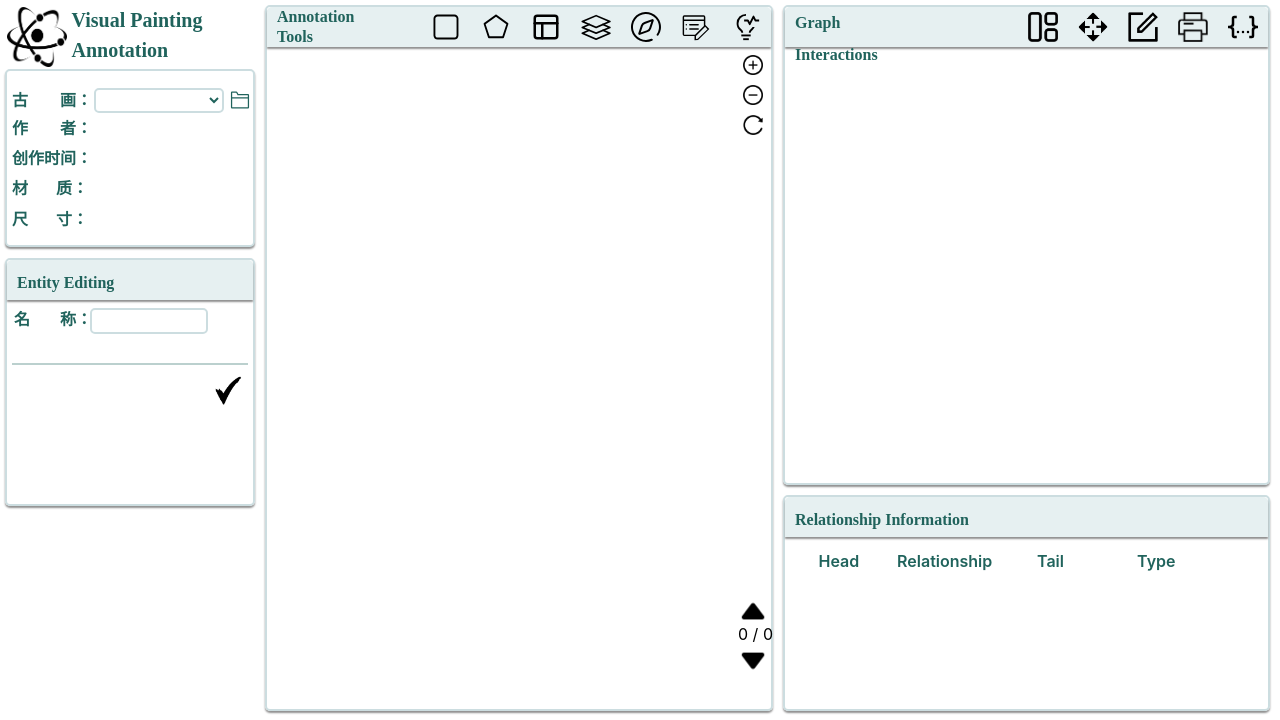
Repository: cailbh/ImageLabelTool
Page: /
An editor plug-in stored every save of this project. The page is shown before and after the next save, followed by the edit.
The browser window is 1280 px wide. The pictures show the whole page.
The project was rebuilt for these pictures with package versions that can differ from the ones it lists, and the page was loaded fresh each time.

Above is the page before, as saved 2022-11-01 13:50:22.

### src/index.tsx
import React from 'react';
import ReactDOM from 'react-dom/client';
import './index.css';
import UI from './View';

const root = ReactDOM.createRoot(
  document.getElementById('root') as HTMLElement
);
root.render(
  <React.StrictMode>
    <UI />
  </React.StrictMode>
);

### src/index.css
* {
  margin: 0;
  font-family: -apple-system, BlinkMacSystemFont, 'Segoe UI', 'Roboto', 'Oxygen',
    'Ubuntu', 'Cantarell', 'Fira Sans', 'Droid Sans', 'Helvetica Neue',
    sans-serif;
  -webkit-font-smoothing: antialiased;
  -moz-osx-font-smoothing: grayscale;
  padding: 0;
  user-select: none;
}

code {
  font-family: source-code-pro, Menlo, Monaco, Consolas, 'Courier New',
    monospace;
}

html, body, #root {
  width: 100%;
  height: 100%;
  /* background: rgb(237,241,241); */
  background: rgb(255,255,255);
}

#root {
  /* display: flex; */
  /* flex-direction: row; */

}

### src/View/index.tsx
/**
 * 该组件负责图像视图与网络图视图的通信：
 *
 */

import React from "react";
// import ImageView from "./ImageView";
import GraphView from "./GraphView";
import LabelView from "./LabelView";
import { Entity, EntityArray, Relationship, RelationshipArray } from '../lib/interface'
import { EntityArrayContextProvider, useEntityArray, useEntityArrayUpdate } from "../lib/context";
import { RelationshipArrayContextProvider, useRelationshipArray, useRelationshipArrayUpdate } from "../lib/context";
import { InfoContextProvider, useInfo, useInfoUpdate } from "../lib/context";
import { MemoArrayContextProvider, useMemoArray, useMemoArrayUpdate } from "../lib/context";


export default function UI() {
    return (
        <React.StrictMode>
            <InfoContextProvider>
                <RelationshipArrayContextProvider>
                    <EntityArrayContextProvider>
                        <MemoArrayContextProvider>
                            {/* <ImageView></ImageView> */}

                            <LabelView></LabelView>
                            {/* <GraphView></GraphView> */}
                        </MemoArrayContextProvider>
                    </ EntityArrayContextProvider >
                </RelationshipArrayContextProvider>
            </InfoContextProvider>
        </React.StrictMode>
    )
}

### src/View/LabelView.tsx
import React from "react";
import LabelDisplay from "../component/LabelDisplay/index";
import LabelTool from "../component/LabelTool/index";
import ViewCard from "./ViewCard";

export default function LabelView() {
    return (
        // <ViewCard
        //     top={(
        //         <LabelTool></LabelTool>
        //     )}
        //     body={(
        <LabelDisplay></LabelDisplay>
        //     )}
        // />
    )
}

### src/component/LabelDisplay/graph.css
#graph{
width: calc(100% - 6px);
height: calc(100% - 66px);
overflow: 'auto';
background: #fff;
box-sizing: border-box;
border-radius: 15px;
display: inline-block;
margin: 3px;
text-align: left;
position: relative;
}
.graphRoot{
    background: rgba(237,241,241,0);
    position: relative;
    height: 100%;
    width: calc(40% - 10px);
    float: left;
}
.horizontal_graphRoot{
    background: rgba(237,241,241,0);
    position: relative;
    height: calc(45% - 10px);
    width: calc(100% - 260px);
    float: left;
}
.graphCantain{
    position: relative;
    height: calc(100% - 0px);
    float: left;
    width: calc(100% - 0px);
    background: rgba(237,241,241,0);
    /* padding: 10px; */
}
.graphHead{
    width: 100%;
    height: 40px;
    background: rgba(0,0,0,0);
    float: left;
    position: relative;
    z-index: 999999;
    border-top-left-radius: 5px;
    border-top-right-radius: 5px;
    background-color: rgba(230,240,241,1);
    filter: progid:DXImageTransform.Microsoft.Shadow(color=#909090,direction=120,strength=4);
    box-shadow: 0px 2px 2px #909090;
}

.graphLogo {
    float: left;
    width: 25%;
    height: 100%;
    margin-left: 10px;
    color: rgb(32,99,92);
    text-align: left;
    font-weight: 600;
    font-size: 16px;
    font-variant: tabular-nums;
    line-height: 200%;
    font-feature-settings: "tnum";
    font-family: SourceHanSerifCN-Heavy, SourceHanSerifCN;
}
.graphAssistFeatures{
    float: right;
    height: 100%;
    width: 30%;
}
.toolBut {
    height: 100%;
    text-align: center;
    /* padding: 4px; */
    width: 50px;
    float: left;
    margin: 1px 10px 0px 10px;
}

.graphToolBut {
    width: 35px;
    height: 35px;
    margin: 15px 15px 5px 25px;
    cursor: pointer;
    -webkit-border-radius: 5px;
    -moz-border-radius: 5px;
    border-radius: 5px;
    font-size: 15px;
    font-style: normal;
    color: #000;
    line-height: 36px;
    text-align: center;
    float: left;
    display: flex;
    justify-content: center;
    align-items: center;
    height: calc(100% - 20px);
    text-align: center;
    padding: 5px;
    border: 1px #696969 solid;
    width: 40px;
    float: right;
    margin: 5px 2px 5px 2px;
}
.graphToolBut:hover {
    background: #767a84;
    color: #fff;
}

.attributeDiv{
    background: rgba(237,241,241,0);
    -webkit-box-sizing: border-box;
    -moz-box-sizing: border-box;
    box-sizing: border-box;
    border-radius: 5px;
    width: calc(100% - 15px);
    margin: 5px;
    height: calc(30% - 0px);
    border-image-slice: 151;
    border-image-width: 20px 1px;
    -webkit-box-sizing: border-box;
    -moz-box-sizing: border-box;
    box-sizing: border-box;
    float: left;
    border: 2px solid rgb(204,221,224);
    filter:progid:DXImageTransform.Microsoft.Shadow(color=#909090,direction=120,strength=4);
    -moz-box-shadow: 0px 2px 10px #909090;
    -webkit-box-shadow: 0px 2px 10px #909090;
    box-shadow:0px 2px 2px #909090
}
.graphDiv{
    background: rgba(237,241,241,0);
    -webkit-box-sizing: border-box;
    -moz-box-sizing: border-box;
    box-sizing: border-box;
    border-radius: 5px;
    width: calc(100% - 15px);
    margin: 5px;
    height: calc(70% - 24px);
    border-radius: 5px;
    float: left;
    border: 2px solid rgb(204,221,224);
    filter:progid:DXImageTransform.Microsoft.Shadow(color=#909090,direction=120,strength=4);
    -moz-box-shadow: 0px 2px 10px #909090;
    -webkit-box-shadow: 0px 2px 10px #909090;
    box-shadow:0px 2px 2px #909090
}
.horizontal_attributeDiv{
    background: rgba(237,241,241,0);
    -webkit-box-sizing: border-box;
    -moz-box-sizing: border-box;
    box-sizing: border-box;
    border-radius: 5px;
    width: calc(40% - 10px);
    margin: 5px;
    height: calc(100% - 0px);
    border-image-slice: 151;
    border-image-width: 20px 1px;
    -webkit-box-sizing: border-box;
    -moz-box-sizing: border-box;
    box-sizing: border-box;
    float: left;
    border: 2px solid rgb(204,221,224);
    filter:progid:DXImageTransform.Microsoft.Shadow(color=#909090,direction=120,strength=4);
    -moz-box-shadow: 0px 2px 10px #909090;
    -webkit-box-shadow: 0px 2px 10px #909090;
    box-shadow:0px 2px 2px #909090
}
.horizontal_graphDiv{
    background: rgba(237,241,241,0);
    -webkit-box-sizing: border-box;
    -moz-box-sizing: border-box;
    box-sizing: border-box;
    border-radius: 5px;
    width: calc(60% - 10px);
    margin: 5px;
    height: calc(100% - 0px);
    border-radius: 5px;
    float: left;
    border: 2px solid rgb(204,221,224);
    filter:progid:DXImageTransform.Microsoft.Shadow(color=#909090,direction=120,strength=4);
    -moz-box-shadow: 0px 2px 10px #909090;
    -webkit-box-shadow: 0px 2px 10px #909090;
    box-shadow:0px 2px 2px #909090
}
#attributeBox{
    width: calc(50% - 4px);
    height: calc(100% - 2px);
    overflow: 'auto';
    margin: 2px 1px;
    float: left;
}
#relationshipBox{
    width: calc(100% - 4px);
    height: calc(100% - 47px);
    /* width: 100%; */
    /* height: 100%; */
    background: #fff;
    overflow: 'auto';
    float: left;
    margin: 2px 1px;
    border-radius: 15px;
}
#relationshipBoxHead{
    background-color: rgba(230,240,241,1);
    color: rgba(32,99,92,1);
    height: 40px;
    border-top-left-radius: 5px;
    border-top-right-radius: 5px;
    box-shadow: 0px 2px 2px #909090;
}
.but {
    display: flex;
    flex-direction: column;
    height: 40px;
    width:40px;
    justify-content: center;
    float: left;
}
.butContain{
    width: 10px;
    height: 100px;
    position: absolute;
    z-index: 9999;
    display: none;
}
.graphToolsDiv{
    width: 70%;
    height: 100%;
    float: right;
    /* display: flex; */
    justify-content: center;
    align-items: center;
}
.graphTool {
    /* background-color: #fff ; */
    width: 30px;
    height: 30px;
    margin: 5px 10px;
    cursor: pointer;
    float: left;
    text-align: center;
}
.graphTool h5{
    font-style: normal;
    color: #000;
    line-height: 36px;
    text-align: center;
    font-size: 0;
}
.graphTool h5:hover{
    font-size: 12px;
}
.graphToolSet:hover {
    background: #767a84;
    color: #fff;
}
.graphToolSet.focus {
    background: #767a84;
    color: #fff;
}
#graphTools{
    float: right;
    /* height: 100%; */
    /* width: 60%; */
    /* height: 50px; */
    /* float: left; */
    position: relative;
    z-index: 999999;
    /* filter:progid:DXImageTransform.Microsoft.Shadow(color=#909090,direction=120,strength=4);
    -moz-box-shadow: 2px 2px 10px #909090;
    -webkit-box-shadow: 2px 2px 10px #909090;
    box-shadow:2px 2px 10px #909090; */
    border-top-left-radius: 10px;
    border-top-right-radius: 10px;
}
#layoutDiv{
    height: 50px;
    width: 100px;
    background: #ffffff;
    top:75px;
    position: absolute;
    display: flex;
    justify-content: center;
    align-items: center;
    /* border-top-left-radius: 10px;
    border-top-right-radius: 10px; */
    /* border: 5px #000 solid; */
    right: calc(70% - 230px);
    z-index: -999;
}
#layouts{
    float: right;
    /* height: 100%;
    width: 100%; */
    /* float: left; */
    position: relative;
    /* filter:progid:DXImageTransform.Microsoft.Shadow(color=#909090,direction=120,strength=4);
    -moz-box-shadow: 2px 2px 10px #909090;
    -webkit-box-shadow: 2px 2px 10px #909090;
    box-shadow:2px 2px 10px #909090; */
    /* border-top-left-radius: 10px;
    border-top-right-radius: 10px; */
}
#entity-table{
    width: calc(100% - 6px);
    height: calc(100% - 6px);
    border: 2px solid rgba(50, 50, 50, 0.2);
    box-sizing: border-box;
    border-radius: 5px;
    display: inline-block;
    margin: 3px;
    background: rgb(255,255,255);
}
.tableEntity{
    height: 100% !important
}

.tableRelationship{
    height: 100% !important
}
.rs-table-body-row-wrapper{
    height: 100% !important
}
#relationship-table{
    width: calc(100% - 0px);
    height: calc(100% - 0px);
    /* border: 2px solid rgba(50, 50, 50, 0.2); */
    /* box-sizing: border-box; */
    border-radius: 15px;
    display: inline-block;
    /* margin: 3px; */
    background: rgb(255,255,255);
}

.toolLayout{
    font-size:0;
    overflow:hidden;
    background: url("../../assets/imgs/tool-layout.png");
    background-size: cover;
}
.toolEdit{
    font-size:0;
    overflow:hidden;
    background: url("../../assets/imgs/tool-edit.png");
    background-size: cover;
}
.toolDrop{
    font-size:0;
    overflow:hidden;
    background: url("../../assets/imgs/tool-drop.png");
    background-size: cover;
}
.toolAdd{
    font-size:0;
    overflow:hidden;
    background: url("../../assets/imgs/tool-add.png");
    background-size: cover;
}

.toolDel{
    font-size:0;
    overflow:hidden;
    background: url("../../assets/imgs/tool-del.png");
    background-size: cover;
}

.toolUndo{
    font-size:0;
    overflow:hidden;
    background: url("../../assets/imgs/tool-undo.png");
    background-size: cover;
}

.toolRedo{
    font-size:0;
    overflow:hidden;
    background: url("../../assets/imgs/tool-redo.png");
    background-size: cover;
}

.toolPrint{
    font-size:0;
    overflow:hidden;
    background: url("../../assets/imgs/tool-download.png");
    background-size: cover;
}

.toolInputJson{
    font-size:0;
    overflow:hidden;
    background: url("../../assets/imgs/tool-inputJson.svg");
    background-size: cover;
}
.graphTool:hover {
    background: rgba(0,0,0,0);
    font-size: 16px;
    font-weight: 300;
    font-style: normal;
    color: #000;
    line-height: 36px;
    text-align: center;
    float: left;
     /* display: flex; */;
    justify-content: center;
    align-items: center;
    text-align: center;
}
.layoutSet{
    width: 20px;
    height: 20px;
    margin:5px;
    font-size:0;
    overflow:hidden;

    cursor: pointer;
    float: left;
}

.toolCrossLayout{
    background: url(../../assets/imgs/layout-cross.png);
    background-size: cover

}
.toolForceLayout{
    background: url(../../assets/imgs/layout-force.png);
    background-size: cover

}
.toolDragLayout{
    background: url(../../assets/imgs/layout-drag.png);
    background-size: cover

}
.layoutSet:hover {
    background: rgba(0,0,0,0);
    font-size: 10px;
    font-style: normal;
    color: #000;
    line-height: 6px;
    text-align: center;
    float: left;
    display: flex;
    justify-content: center;
    align-items: center;
    text-align: center;
}
.entInput{
    background: rgba(0,0,0,0);
    border: 0;
    text-align: center;
    width: 50%;
    height: 100%;
    float: left;
}
.entInput :focus{
    background: rgba(0,0,0,0);
    border: 0;
    text-align: center;
    width: 50%;
    float: left;
    height: 100%;
}

### src/lib/tasks.tsx
export default class Task {
    id: string;
    name: string;
    size: string;
    texture: string;
    time: string;
    author: string;
    constructor(options) {
        this.id = "";
        this.name = "";
        this.size = "";
        this.texture = "";
        this.time = "";
        this.author = ""
    }
}

### src/lib/interface.tsx
export class EntityArray {
    array: Array<Entity>;
}
export class RelationshipArray {
    array: Array<Relationship>;
}
export class MemoArray {
    relArray: Array<Relationship>;
    entArray: Array<Entity>;
}
export class Entity {
    name: string;
    id: string;
    type: string;
    x: number;
    y: number;
    //图片绘制起始位置
    ix: number;
    iy: number;
    //标注绘制起始位置
    lx: number;
    ly: number;
    // 图片宽度
    iWidth: number;
    // 图片高度
    iHeight: number;
    //图片缩放
    iScale: number;
    visAble: boolean;
    labels: any;
    content: any;
    contentType: string;
    labelLocation: any;
    rgb: string;
    visibility: boolean;
    trend: any;
    trendIndex: number;
    centerPoint: any;
    rectMask: any;
    color: string;
    describe: string;
    attribute: any;
    active: boolean;
    children: any;
    constructor(myName: string) { //定义带参数的构造函数
        this.name = myName;
    }
}


export class Relationship {
    name: string;
    id: string;
    type: string;
    targetId: string;
    sourceId: string;
    color: string;
    weight: number;
    visAble: boolean
    // constructor(myName: string) { //定义带参数的构造函数
    //     this.name = myName;
    // }
}

export class Info {
    changeState: number;
}

export default class LabelState {
    //任务名称
    taskName: string;
    //文件列表
    imgFiles: any;
    //图片总数
    imgSum: number;
    //选择图片下标
    imgIndex: number;
    cWidth: number;
    cHeight: number;
    // 缩略图宽度
    sWidth: number;
    // 缩略图高度
    sHeight: number;
    // 图片宽度
    iWidth: number;
    // 图片高度
    iHeight: number;
    // 图片拖拽至边缘最小显示
    appearSize: number;
    // 缩放布进
    scaleStep: number;
    // 最小缩放比例
    minScale: number;
    // 最大缩放比例
    maxScale: number;
    // 图片在画板中的横坐标
    x: number;
    // 图片在画板中的纵坐标
    y: number;
    // 鼠标当前画板中的横坐标
    mouseX: number;
    // 鼠标当前画板中的纵坐标
    mouseY: number;
    // 拖动过程中，鼠标前一次移动的横坐标
    prevX: number;
    // 拖动过程中，鼠标前一次移动的纵坐标
    prevY: number;
    // 缩放比例
    scale: number;
    // 鼠标在图片中的横坐标
    ix: number;
    // 鼠标在图片中的纵坐标
    iy: number;
    // 矩形框起点横坐标
    rectX: number;
    // 矩形框起点纵坐标
    rectY: number;
    // 绘制多边形的圆点半径
    radius: number;

    // 绘制线段宽度
    lineWidth: number;

    //绘制区域模块透明度
    opacity: number;

    // 定时器
    timer: any;

    // 结果是否被修改
    isModify: boolean;

    // 是否全屏
    isFullScreen: boolean;

    // 是否移动图像标注圆点
    isDragCircle: boolean;

    // 当前点击圆点index
    snapCircleIndex: number;

    // 用于在拖拽或者缩放时，让绘制至存储面板的数据，只绘制一次
    drawFlag: boolean;

    // 监听滚动条缩放是否结束的定时器
    mousewheelTimer: null;

    // 历史记录下标
    historyIndex: number;
    Arrays: any;
    Nodes: any;
    Features: any;

}

### src/axios/index.ts
import entityRecognize from './api/entityRecognize';

export * from './api/entityRecognize'; // 目标识别
// export * from './api/img'; // 图片
export default {
    entityRecognize
}

### src/component/GraphRelationship/index.css
.smallInput  {
    width: 90%;
    border-radius: 10px;
    border: 1.5px #ccc solid;
    /* margin: 5px; */
    margin-left: 15px;
    color: rgb(32,99,92);
    font-weight: 600;
    font-size: 16px;
    line-height: 1.35;
    font-variant: tabular-nums;
    line-height: 1.5715;
    font-feature-settings: "tnum";
    font-family: SourceHanSerifCN-Heavy, SourceHanSerifCN;
}
.relRow{
    width: 20% !important;
    margin: 5px;
    padding: 0px !important;
}
.relBut{
    margin: 5px;
    padding: 0px !important;
}
.relationship-table-head-co{
    width: 20%;
    height: calc(100% - 10px);
    float: left;
    margin: 5px;
    text-align: center;
}
.confirmButton{
    width: 20px;
    height: 20px;
    /* margin: 5px; */
    border-radius: 15px;
    float: left;
    border: 0px;
    background-color: rgb(32,99,92);
    color: #fff;
    text-align: center;
    font-weight: 600;
    font-size: 12px;
    font-variant: tabular-nums;
    line-height: 1.5715;
    font-feature-settings: "tnum";
    font-family: SourceHanSerifCN-Heavy, SourceHanSerifCN;
}
.deleteButton{
    width: 20px;
    height: 20px;
    /* margin: 5px; */
    border-radius: 15px;
    float: left;
    border: 0px;
    background-color: rgb(32,99,92);
    color: #fff;
    text-align: center;
    font-weight: 600;
    font-size: 12px;
    font-variant: tabular-nums;
    line-height: 1.5715;
    font-feature-settings: "tnum";
    font-family: SourceHanSerifCN-Heavy, SourceHanSerifCN;
}
#bigInput {
    color:#333;
    height: 60px;
    line-height:normal;
    font-family:"Microsoft YaHei",Tahoma,Verdana,SimSun;
    font-style:normal;
    font-variant:normal;
    font-size-adjust:none;
    font-stretch:normal;
    font-weight:normal;
    margin-top:0px;
    margin-bottom:0px;
    margin-left:0px;
    padding-top:4px;
    padding-right:4px;
    padding-bottom:4px;
    padding-left:4px;
    font-size:15px;
    outline-width:medium;
    outline-style:none;
    outline-color:invert;
    border-top-left-radius:3px;
    border-top-right-radius:3px;
    border-bottom-left-radius:3px;
    border-bottom-right-radius:3px;
    text-shadow:0px 1px 2px #fff;
    background-attachment:scroll;
    background-repeat:repeat-x;
    background-position-x:left;
    background-position-y:top;
    background-size:auto;
    background-origin:padding-box;
    background-clip:border-box;
    background-color:rgb(255,255,255);
    margin-right:8px;
    border-top-color:#ccc;
    border-right-color:#ccc;
    border-bottom-color:#ccc;
    border-left-color:#ccc;
    border-top-width:1px;
    border-right-width:1px;
    border-bottom-width:1px;
    border-left-width:1px;
    border-top-style:solid;
    border-right-style:solid;
    border-bottom-style:solid;
    border-left-style:solid;
}
.relationship-table-head{
    height: 40px;
    color: rgb(32,99,92);
    /* background: rgb(210,225,230); */
    font-weight: 600;
    text-align: center;
    font-size: 16px;
    line-height: 1.35;
    font-variant: tabular-nums;
    line-height: 1.5715;
    font-feature-settings: "tnum";
    font-family: SourceHanSerifCN-Heavy, SourceHanSerifCN;
    /* border-top-left-radius: 15px;
    border-top-right-radius: 15px; */
}
.relationship-table-body{
    height: calc(100% - 40px);
    overflow:scroll;
    scrollbar-width: none;
}

### src/axios/api/entityRecognize/index.ts
import { get, put, post, del } from '../../http';
import axios from 'axios'
import{base} from '../config'
import {message} from 'antd'
import cookie from 'react-cookies'
export const getImg = (data: any) => get({ url: '/recognize/', data }); //
export const postImg = (data: any) => post({ url: '/recognize/', data }); //
export const updateImg = (data: any) => put({ url: '/recognize/', data });

export default{
    //测试
    async testApi(params){
        return await axios.get(`${base}/hi`,params) .then((res)=>{
            return res.data;
        }).catch((error)=>{
            message.error("服务器出错")
        })
    },
    //目标检测
    async entityRecognizeApi(params){
        return await axios.post(`${base}/predict_bbx`,params).then((res)=>{
            return res.data;
        }).catch((error)=>{
            message.error("服务器出错")
        })
    },

}

### src/axios/config.ts
export const rootURL = ''

export const ServerCode = {
    SUCCESS: 0,
    CONTINUE: 400,
    WRONG_PARAM: 401,
    WRONG_REQUEST: 402,
    FORBIDDEN: 403,
    WRONG_URL: 404,
    NO_LOGIN: 406,
    TIME_OUT: 408,
    WRONG_REQUEST_MODAL: 410,
    AUTO_SAVE_ERROR_CODE: 411, // 自动暂存code
    PROCESS_ERROR: 412, // 任务进度错误
    WRONG_SERVER: 500,
    WRONG_REALIZE: 501,
    WRONG_GATEWAY: 502,
    BAD_SERVER: 503,
    GATEWAY_TIME_OUT: 504,
    WRONG_VERSION: 505
};

export const SubCode = {
    OPERATION_FAILED: 410001,
    TASK_HAS_EXPIRED_OR_SUBMITTED: 400001
};

export const ServerCodeMap = {
    [ServerCode.SUCCESS]: '成功',
    [ServerCode.CONTINUE]: '继续', // 传递指定“继续参数”即可成功
    [ServerCode.WRONG_PARAM]: '参数格式出错',
    [ServerCode.WRONG_REQUEST]: '请求出错',
    [ServerCode.FORBIDDEN]: '拒绝访问',
    [ServerCode.WRONG_URL]: '请求地址出错',
    [ServerCode.NO_LOGIN]: '未登录',
    [ServerCode.TIME_OUT]: '请求超时',
    [ServerCode.WRONG_SERVER]: '服务器内部错误',
    [ServerCode.WRONG_REALIZE]: '服务未实现',
    [ServerCode.WRONG_GATEWAY]: '网关错误',
    [ServerCode.BAD_SERVER]: '服务不可用',
    [ServerCode.GATEWAY_TIME_OUT]: '网关超时',
    [ServerCode.WRONG_VERSION]: 'HTTP版本不受支持'
};

export const RedirectMap = {
    [ServerCode.FORBIDDEN]: '/403'
};

Loaded but not shown: public/index.html (common file); src/lib/uuid.js (8 lines, source omitted); src/axios/api/config.js (3 lines, source omitted); src/component/LabelDisplay/index.tsx (4026 lines, source omitted); src/component/LabelDisplay/index.css (1893 lines, source omitted); src/component/GraphRelationship/index.tsx (223 lines, source omitted); src/component/AttributeInput/index.tsx (170 lines, source omitted); src/axios/http.ts (147 lines, source omitted); src/lib/webAnnotate.tsx (280 lines, source omitted); src/component/AttributeInput/index.css (169 lines, source omitted); src/lib/context.tsx (83 lines, source omitted)

After the next save:
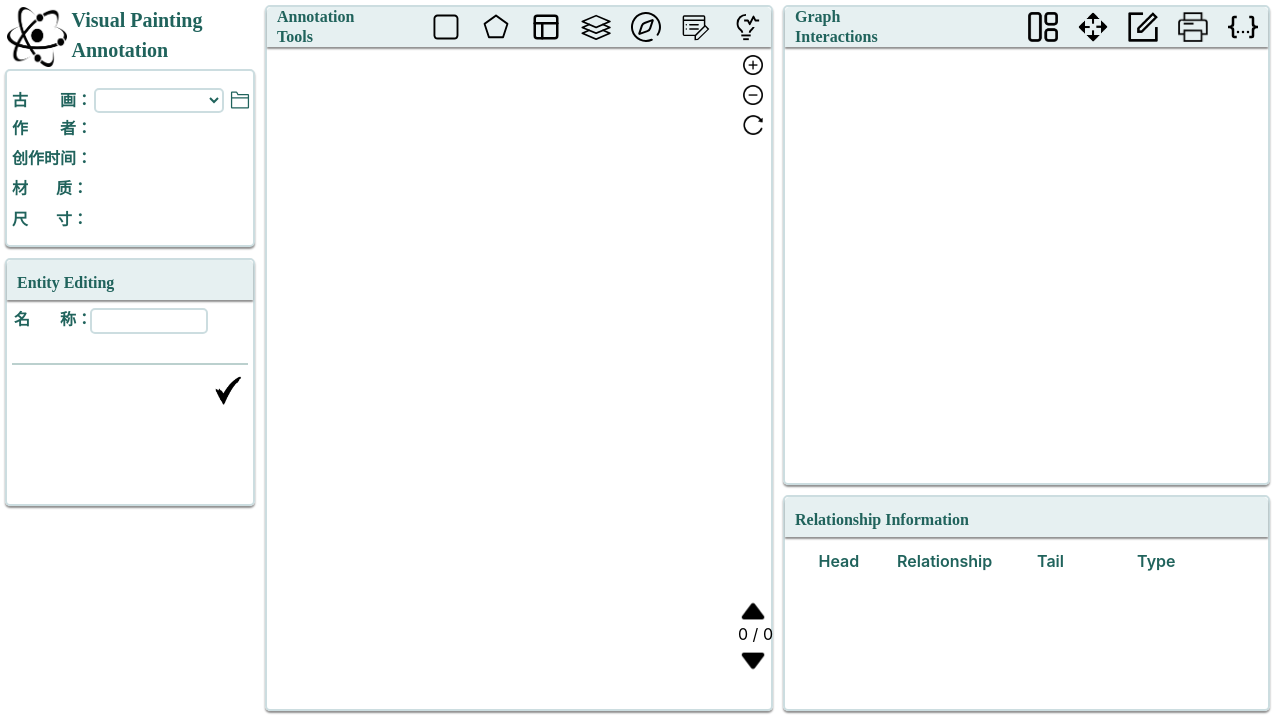
Saved 34 s later.
--- a/src/component/LabelDisplay/graph.css
+++ b/src/component/LabelDisplay/graph.css
@@ -48,7 +48,7 @@ position: relative;
 
 .graphLogo {
     float: left;
-    width: 25%;
+    width: 20%;
     height: 100%;
     margin-left: 10px;
     color: rgb(32,99,92);
@@ -56,7 +56,7 @@ position: relative;
     font-weight: 600;
     font-size: 16px;
     font-variant: tabular-nums;
-    line-height: 200%;
+    line-height: 125%;
     font-feature-settings: "tnum";
     font-family: SourceHanSerifCN-Heavy, SourceHanSerifCN;
 }
